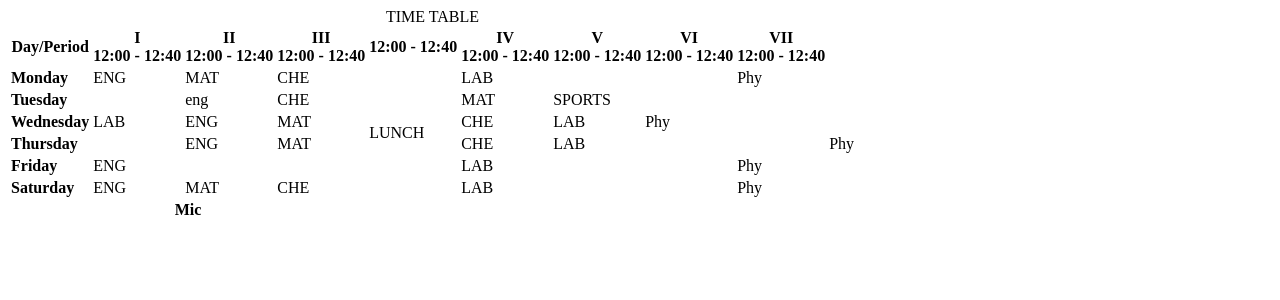
Repository: MicTomm/corso-frontend
Page: HTML/tabella/index.html
An editor plug-in stored every save of this project. The page is shown before and after the next save, followed by the edit.
The browser window is 1280 px wide. The pictures show the whole page.

Above is the page before, as saved 2023-11-07 16:40:10.

After the next save:
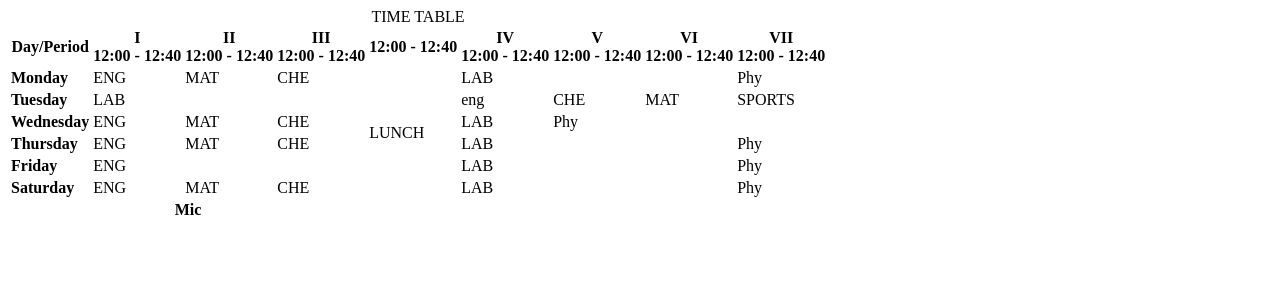
Saved 3 min 32 s later.
--- a/HTML/tabella/index.html
+++ b/HTML/tabella/index.html
@@ -36,7 +36,7 @@
       </tr>
       <tr>
         <td><b>Tuesday</b></td>
-        <td rowspan="3">LAB</td>
+        <td colspan="3">LAB</td>
         <td>eng</td>
         <td>CHE</td>
         <td>MAT</td>
